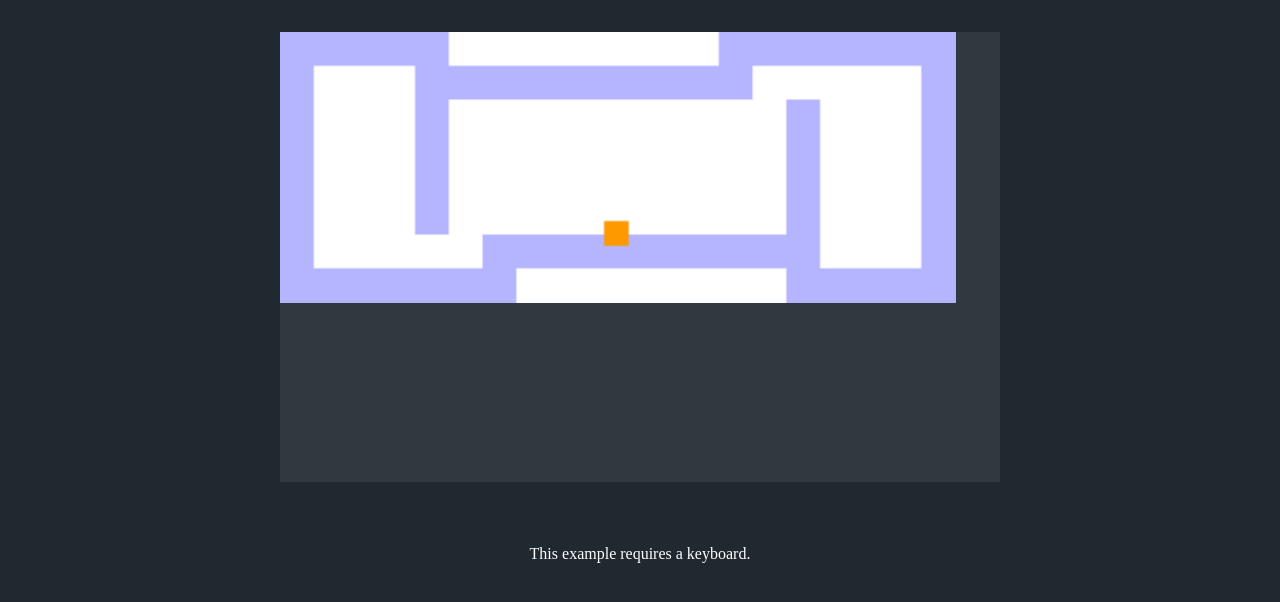
Repository: jh0l/WorldsHardestGame
Page: index.html
The author's editor kept a copy of each file at every save. The page is drawn from the files as they stood at one save, then again after the next save.
The browser window is 1280 px wide. The pictures show the whole page.

Above is the page before, as saved 2018-07-19 01:05:49.

### index.html
<html>

<head>

	<meta name="viewport" content="width=device-width">
	<link href="src/index.css" rel="stylesheet" type="text/css">

	<title>PoP Vlog - Top Down Tiles</title>

</head>

<body>

	<canvas></canvas>

	<p>This example requires a keyboard.</p>

	<script src="src/index.js" type="text/javascript"></script>

</body>

</html>

### src/index.css
* {
  box-sizing: border-box;
  margin: 0;
  padding: 0;
}

html {
  height: 100%;
  width: 100%;
}

body {
  align-content: space-around;
  background-color: #202830;
  color: #ffffff;
  display: grid;
  grid-template-columns: auto;
  grid-template-rows: auto auto auto auto;
  height: 100%;
  justify-content: space-around;
  text-align: center;
  width: 100%;
}

canvas {
  background-color: #303840;
  justify-self: center;
}

### src/index.js
(function() {
  "use strict";

  var controller, display, game;

  controller = {
    down: false,
    left: false,
    right: false,
    up: false,

    keyUpDown: function(event) {
      var key_state = event.type == "keydown" ? true : false;

      switch (event.keyCode) {
        case 65:
          controller.left = key_state;
          break; // left key
        case 87:
          controller.up = key_state;
          break; // up key
        case 68:
          controller.right = key_state;
          break; // right key
        case 83:
          controller.down = key_state;
          break; // down key
      }
    }
  };
  const tileValColor = (val, index) => {
    if (val === '0') {
      return index % game.world.columns === 0 ? "#e6e6ff": "#fff";
    }
    return "#b4b5fe" ;
  };
  display = {
    buffer: document.createElement("canvas").getContext("2d"),
    context: document.querySelector("canvas").getContext("2d"),
    output: document.querySelector("p"),

    render: function() {
      for (let index = game.world.map.length - 1; index > -1; --index) {
        this.buffer.fillStyle = tileValColor(game.world.map[index], index);
        this.buffer.fillRect(
          (index % game.world.columns) * game.world.tile_size,
          Math.floor(index / game.world.columns) * game.world.tile_size,
          game.world.tile_size,
          game.world.tile_size
        );
      }

      this.buffer.fillStyle = game.player.color;
      this.buffer.fillRect(
        game.player.x,
        game.player.y,
        game.player.width,
        game.player.height
      );

      this.context.drawImage(
        this.buffer.canvas,
        0,
        0,
        this.buffer.canvas.width,
        this.buffer.canvas.height,
        0,
        0,
        this.context.canvas.width,
        this.context.canvas.height
      );
    },

    resize: function(event) {
      var client_height = document.documentElement.clientHeight;

      display.context.canvas.width = document.documentElement.clientWidth - 32;

      if (display.context.canvas.width > client_height) {
        display.context.canvas.width = client_height;
      }

      display.context.canvas.height = Math.floor(
        display.context.canvas.width * 0.625
      );

      display.render();
    }
  };
  const playerSize = 11;
  game = {
    /* This is the player object. Make sure to note that for this collision method
    to work, you must record the current and last positions of your game objects
    to use in collision detection. It is used to calculate the vector used to determine
    if an object is entering into a collision tile and from what side. */
    player: {
      color: "#ff9900",
      height: playerSize,
      old_x: 160, // these are what you should take note of. Don't worry, it's useful
      old_y: 160, // to keep track of old positions for many physics methods. These aren't one trick pony's.
      speed: 3,
      velocity_x: 0,
      velocity_y: 0,
      width: playerSize,
      x: 160 - 16,
      y: 100 - 16,

      // These functions just make it easy to read the collision code
      get bottom() {
        return this.y + this.height;
      },
      get oldBottom() {
        return this.old_y + this.height;
      },
      get left() {
        return this.x;
      }, // kind of pointless, but used
      get oldLeft() {
        return this.old_x;
      }, // to help visualize the collision methods
      get right() {
        return this.x + this.width;
      },
      get oldRight() {
        return this.old_x + this.width;
      },
      get top() {
        return this.y;
      }, // equally pointless as left side calculations
      get oldTop() {
        return this.old_y;
      }
    },

    world: {
      map: []
      // the routing functions below with matching numbers

      // represent these tiles and route their values to
      // the collision methods you might expect based on their names
    },

    /* This object is responsible for getting the collision methods that match
    tile values in the map. It uses what I call routing functions to group reusable
    narrow phase collision methods together to create a variety of different tile
    boundary shapes. You can get the same effect with an array of routing functions rather
    than giving an object's routing functions numeric indexes, if you prefer. It might be faster. */
    collision: {
      // top wall collision tile
      1: function(object, row, column) {
        // The player hits the bottom of ceiling tiles.
        this.bottomCollision(object, row);
      },

      // left wall collision tile
      2: function(object, row, column) {
        this.rightCollision(object, column);
      },

      // right wall collision tile
      3: function(object, row, column) {
        // The player collides with the left side of a wall on the right of the map.
        this.leftCollision(object, column); // Confusing to visualize, but true.
      },

      // bottom wall collision tile
      4: function(object, row, column) {
        this.topCollision(object, row);
      },

      // block tile with four walls
      5: function(object, row, column) {
        /* It makes sense to test the most likely side to be collided with first.
        In a top down game, all sides are hit about the same number of times, depending
        on gameplay, but in a side scroller with downward pulling gravity, the tops of
        tiles will usually get the most traffic, so it makes sense to test the tops
        first in those scenarios. */
        if (this.topCollision(object, row)) {
          return;
        } // Make sure to early out
        if (this.leftCollision(object, column)) {
          return;
        } // if a collision is detected.
        if (this.rightCollision(object, column)) {
          return;
        }
        this.bottomCollision(object, row); // No need to early out on the last check.
      },
      // left and right only
      6: function(object, row, column) {
        if (this.leftCollision(object, column)) {
          return;
        }
        this.rightCollision(object, column);
      },
      // left, right and bottom only
      7: function(object, row, column) {
        if (this.leftCollision(object, column)) {
          return;
        }
        if (this.rightCollision(object, column)) {
          return;
        }
        this.bottomCollision(object, row); // No need to early out on the last check.
      },
      //left right and top only
      8: function(object, row, column) {
        if (this.leftCollision(object, column)) {
          return;
        }
        if (this.rightCollision(object, column)) {
          return;
        }
        this.topCollision(object, row); // No need to early out on the last check.
      },
      //left and top
      9: function(object, row, column) {
        if (this.leftCollision(object, column)) {
          return;
        }
        this.topCollision(object, row); // No need to early out on the last check.
      },
      //bottom and right
      a: function(object, row, column) {
        if (this.rightCollision(object, column)) {
          return;
        }
        this.bottomCollision(object, row); // No need to early out on the last check.
      },

      /* Here are the narrow phase collision detection and response functions.
      For a deeper insight into how these work, and what's going on, I'm using
      leftCollision as an example. The principles I explain here apply to all
      of the other narrow phase collision methods. Note that they're basically
      doing the same thing, just for different flat sides of a tile. */
      leftCollision(object, column) {
        /* To calculate the player's movement vector, I'm no longer using its velocity (like in the last tutorial).
        Instead, I'm going to calculate it based on it's current and last positions.
        the old way was if (object.velocity_x > 0), now it's if (object.x - object.old_x > 0).
        This is a bit more reliable in my opinion, depending on how and when you calculate your velocity. */

        /* If the object is not moving right, how will it ENTER into the left side of a tile?
        If not moving right, the player can't possibly ENTER the left side of a tile.
        We are only concerned with resolving collisions objects ENTER into. If they are spawned
        inside a collision tile, it is not the collision manager's job to resolve that, it is
        the level designer's job to fix the level design so collision can be as efficient as possible. */
        if (object.x - object.old_x > 0) {
          // the left side of the specified tile column
          var left = column * game.world.tile_size;

          /* This tests to see if our object is ENTERING through the collision boundary
          along the correct movement vector. If its current position is past the boundary
          and its old position is before the boundary, we know that it has entered into collision with the tile. */
          if (object.right > left && object.oldRight <= left) {
            object.velocity_x = 0;
            object.x = object.old_x = left - object.width - 0.001;
            /* You really don't need to reset the player's old position here if you are
            setting it at the start of each game loop, but if you are using a fixed time step
            game loop with interpolation, it will make your collisions look more pixel perfect.
            The reason for this is because with interpolation, your player may be drawn slightly
            away from the wall he just collided with on the next frame of animation depending on
            how much time has passed. So, you don't need to do this, but it doesn't hurt. It may
            be a problem if you end up changing old positions for player to player collisions as well,
            however, because old positions are used to calculate vectors for tile collision.
            Just make sure changing old positions are the last thing you do before the next frame,
            and you should be fine. */

            return true;
          }
        }

        return false;
      },

      rightCollision(object, column) {
        if (object.x - object.old_x < 0) {
          // the right side of the specified tile column
          var right = (column + 1) * game.world.tile_size;

          if (object.left < right && object.oldLeft >= right) {
            object.velocity_x = 0;
            object.old_x = object.x = right;

            return true;
          }
        }

        return false;
      },

      bottomCollision(object, row) {
        // if the object is moving up
        if (object.y - object.old_y < 0) {
          var bottom = (row + 1) * game.world.tile_size;

          if (object.top < bottom && object.oldTop >= bottom) {
            object.velocity_y = 0;
            object.old_y = object.y = bottom;
          }
        }
      },

      topCollision(object, row) {
        // if the object is moving down
        if (object.y - object.old_y > 0) {
          // the top side of the specified tile row
          var top = row * game.world.tile_size;

          // if the object has passed through the tile boundary since the last game cycle
          if (object.bottom > top && object.oldBottom <= top) {
            object.velocity_y = 0;
            object.old_y = object.y = top - object.height - 0.01;

            return true;
          }
        }

        return false;
      }
    },

    // The game loop:
    loop: function() {
      // Get controller input and move that player object!
      if (controller.down) {
        game.player.velocity_y += game.player.speed;
      }

      if (controller.up) {
        game.player.velocity_y -= game.player.speed;
      }

      if (controller.left) {
        game.player.velocity_x -= game.player.speed;
      }

      if (controller.right) {
        game.player.velocity_x += game.player.speed;
      }

      // Update the player object:
      game.player.old_x = game.player.x; // Set the old position to the current position
      game.player.old_y = game.player.y; // before we update the current position, thus making it current

      game.player.x += game.player.velocity_x; // Update the current position
      game.player.y += game.player.velocity_y;

      // Do collision detection and response with the boundaries of the screen.
      // if (game.player.x < 0) {
      //   game.player.velocity_x = 0;
      //   game.player.old_x = game.player.x = 0;
      // } else if (
      //   game.player.x + game.player.width >
      //   display.buffer.canvas.width
      // ) {
      //   game.player.velocity_x = 0;
      //   game.player.old_x = game.player.x =
      //     display.buffer.canvas.width - game.player.width - 0.001;
      //   /* I added that - 0.001 to the equation to really push the player object back into
      //   the game world. If the edge of the world is 320 px, and you set the right edge of
      //   the player obect to 320, technically its tile position will be 1 tile to the right of
      //   the edge of the world when calculated. Say there are 10 columns in the map, and each
      //   tile is 32 pixels wide. 320/32 is 10, but since our map index starts at 0, a value of 10
      //   falls outside of the map's number of columns. Failing to handle this can result in
      //   testing collision on tiles in another row, or tiles at undefined positions in the map array.*/
      // }

      if (game.player.y < 0) {
        game.player.velocity_y = 0;
        game.player.old_y = game.player.y = 0;
      } else if (
        game.player.y + game.player.height >
        display.buffer.canvas.height
      ) {
        game.player.velocity_y = 0;
        game.player.old_y = game.player.y =
          display.buffer.canvas.height - game.player.height - 0.001;
      }

      /* Here is where we do broadphase collision detection with the four corners of
      our player object. This is very important. In the last tutorial the player only
      had 1 collision registration point. Collision was simple, then. Now, it's just as
      simple, but we need to do it for each corner of our player object. */

      /* Once again, there's no point of testing collision if we're not moving. depending
      on which direction we are moving we must test different collision registration points
      on our player. For instance, if he is moving left, we test the points on his left side: */
      if (game.player.x - game.player.old_x < 0) {
        // test collision on left side of player if moving left

        /* There are much more efficient ways to write this code without repeating
        variable names and this big monsterous block of if statements, but I thought it
        would be good to have specific variable names and less abstraction so you can
        get an idea of what's going on. */
        var left_column = Math.floor(game.player.left / game.world.tile_size);
        var bottom_row = Math.floor(game.player.bottom / game.world.tile_size);
        var value_at_index =
          game.world.map[bottom_row * game.world.columns + left_column];

        if (value_at_index != 0) {
          // Check the bottom left point

          game.collision[value_at_index](game.player, bottom_row, left_column);
          display.output.innerHTML =
            "last tile collided with: " + value_at_index;
        }

        var top_row = Math.floor(game.player.top / game.world.tile_size);
        value_at_index =
          game.world.map[top_row * game.world.columns + left_column];

        if (value_at_index != 0) {
          // Check the top left point

          game.collision[value_at_index](game.player, top_row, left_column);
          display.output.innerHTML =
            "last tile collided with: " + value_at_index;
        }
      } else if (game.player.x - game.player.old_x > 0) {
        // Is the player moving right?

        var right_column = Math.floor(game.player.right / game.world.tile_size);
        var bottom_row = Math.floor(game.player.bottom / game.world.tile_size);
        var value_at_index =
          game.world.map[bottom_row * game.world.columns + right_column];

        if (value_at_index != 0) {
          // Check the bottom right point

          game.collision[value_at_index](game.player, bottom_row, right_column);
          display.output.innerHTML =
            "last tile collided with: " + value_at_index;
        }

        var top_row = Math.floor(game.player.top / game.world.tile_size);
        value_at_index =
          game.world.map[top_row * game.world.columns + right_column];

        if (value_at_index != 0) {
          // Check the top right point

          game.collision[value_at_index](game.player, top_row, right_column);
          display.output.innerHTML =
            "last tile collided with: " + value_at_index;
        }
      }

      if (game.player.y - game.player.old_y < 0) {
        var left_column = Math.floor(game.player.left / game.world.tile_size);
        var top_row = Math.floor(game.player.top / game.world.tile_size);
        var value_at_index =
          game.world.map[top_row * game.world.columns + left_column];

        if (value_at_index != 0) {
          // Check the top left point

          game.collision[value_at_index](game.player, top_row, left_column);
          display.output.innerHTML =
            "last tile collided with: " + value_at_index;
        }

        var right_column = Math.floor(game.player.right / game.world.tile_size);
        value_at_index =
          game.world.map[top_row * game.world.columns + right_column];

        if (value_at_index != 0) {
          // Check the top right point

          game.collision[value_at_index](game.player, top_row, right_column);
          display.output.innerHTML =
            "last tile collided with: " + value_at_index;
        }
      } else if (game.player.y - game.player.old_y > 0) {
        var left_column = Math.floor(game.player.left / game.world.tile_size);
        var bottom_row = Math.floor(game.player.bottom / game.world.tile_size);
        var value_at_index =
          game.world.map[bottom_row * game.world.columns + left_column];

        if (value_at_index != 0) {
          // Check the bottom left point

          game.collision[value_at_index](game.player, bottom_row, left_column);
          display.output.innerHTML =
            "last tile collided with: " + value_at_index;
        }

        var right_column = Math.floor(game.player.right / game.world.tile_size);
        value_at_index =
          game.world.map[bottom_row * game.world.columns + right_column];

        if (value_at_index != 0) {
          // Check the bottom right point

          game.collision[value_at_index](game.player, bottom_row, right_column);
          display.output.innerHTML =
            "last tile collided with: " + value_at_index;
        }
      }

      game.player.velocity_x = 0;
      game.player.velocity_y = 0;

      display.render();

      window.requestAnimationFrame(game.loop);
    }
  };

  display.buffer.canvas.height = 200;
  display.buffer.canvas.width = 320;

  window.addEventListener("resize", display.resize);
  window.addEventListener("keydown", controller.keyUpDown);
  window.addEventListener("keyup", controller.keyUpDown);

  display.resize();
  // 1s are ceiling tiles
  // 2s and 3s are right and left wall tiles
  // 5 is a solid block/box tile
  // 4 is a floor tile
  const mapStr = `
11111000000001111111
2000311111111a000003
20006000000000080003
20006000000000060003
20006000000000060003
20007000000000060003
20000094444444420003
14444410000000014441
`;
  const map = mapStr
    .slice(1, -1)
    .replace(/\n/g, "")
    .split("");
  game.world = Object.assign(game.world, {
    columns: mapStr.split("\n")[1].length,
    rows: 5,
    tile_size: 15,
    map
  });
  game.loop();
})();

After the next save:
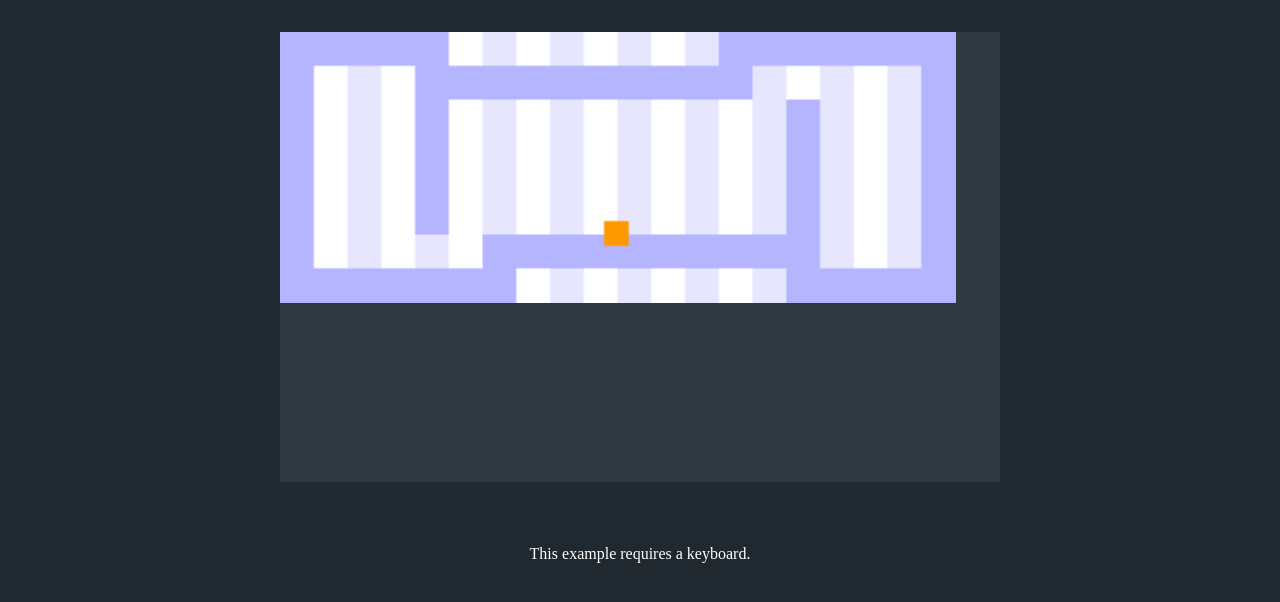
Saved 12 s later.
--- a/src/index.js
+++ b/src/index.js
@@ -30,7 +30,7 @@
   };
   const tileValColor = (val, index) => {
     if (val === '0') {
-      return index % game.world.columns === 0 ? "#e6e6ff": "#fff";
+      return index % 2 === 0 ? "#e6e6ff": "#fff";
     }
     return "#b4b5fe" ;
   };

After the save that followed:
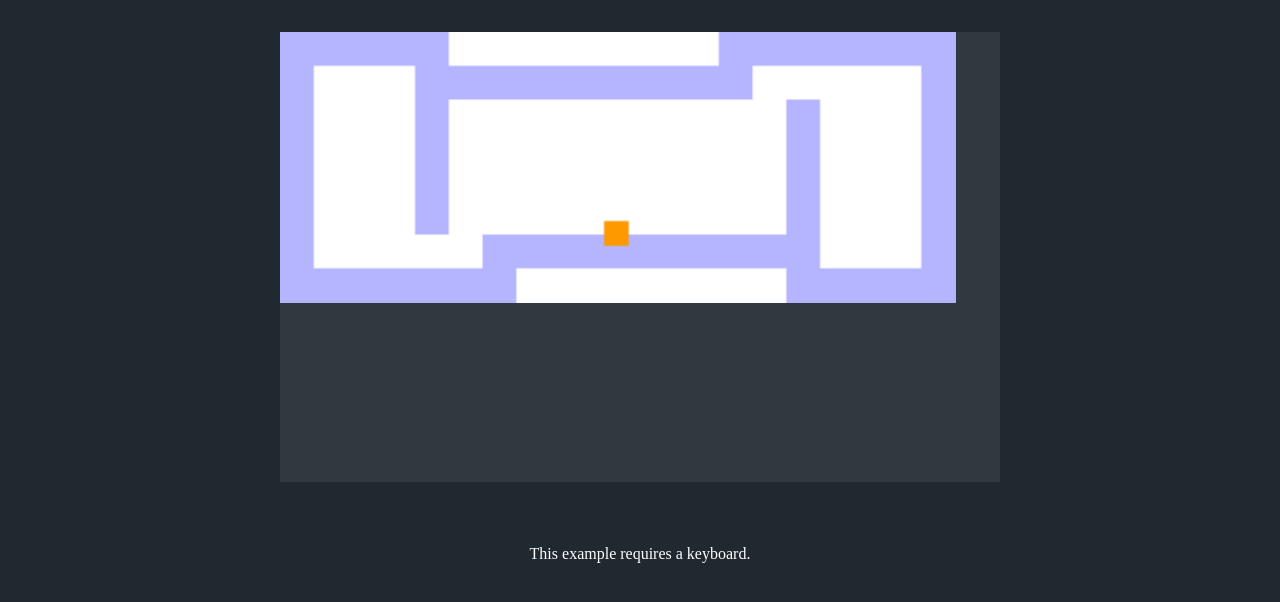
Saved 12 s later.
--- a/src/index.js
+++ b/src/index.js
@@ -30,7 +30,7 @@
   };
   const tileValColor = (val, index) => {
     if (val === '0') {
-      return index % 2 === 0 ? "#e6e6ff": "#fff";
+      return index + game.world.columns% 2 === 0 ? "#e6e6ff": "#fff";
     }
     return "#b4b5fe" ;
   };
